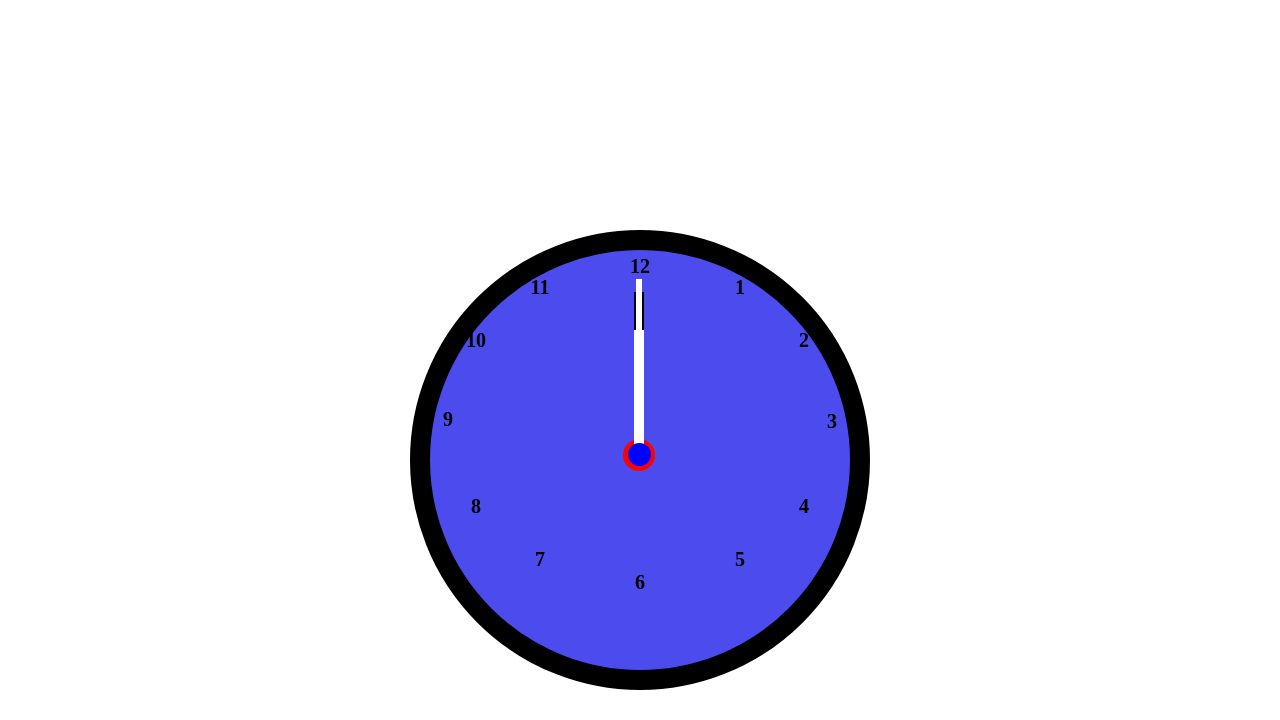
Repository: Eugene44-hub/Analog-clock
Page: index.html
An editor plug-in stored every save of this project. The page is shown before and after the next save, followed by the edit.
The browser window is 1280 px wide. The pictures show the whole page.

Above is the page before, as saved 2021-09-04 22:27:32.

After the next save:
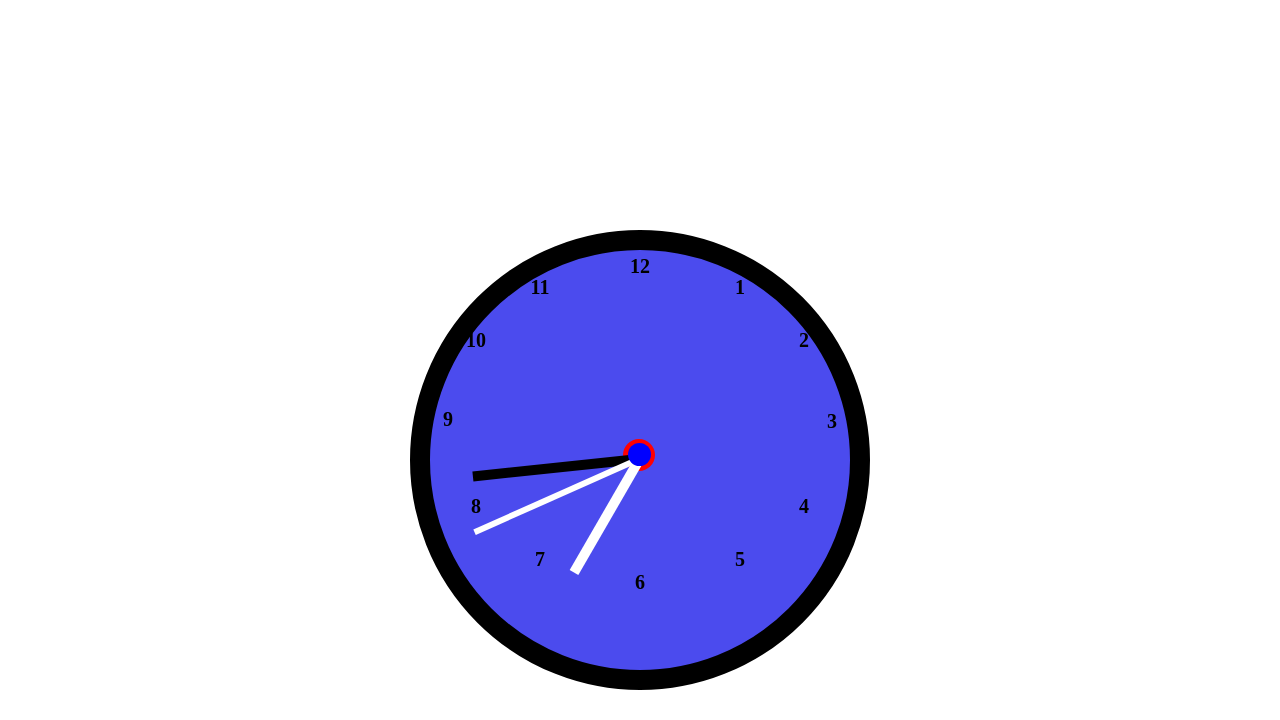
Saved 2 min 59 s later.
--- a/app.js
+++ b/app.js
@@ -15,4 +15,4 @@
     minute.style.transform = `rotate(${minutes*6}deg)`;
     hour.style.transform = `rotate(${30*hours}deg)`;
 
-}, Infinity)
+}, )

After the 3 saves that followed:
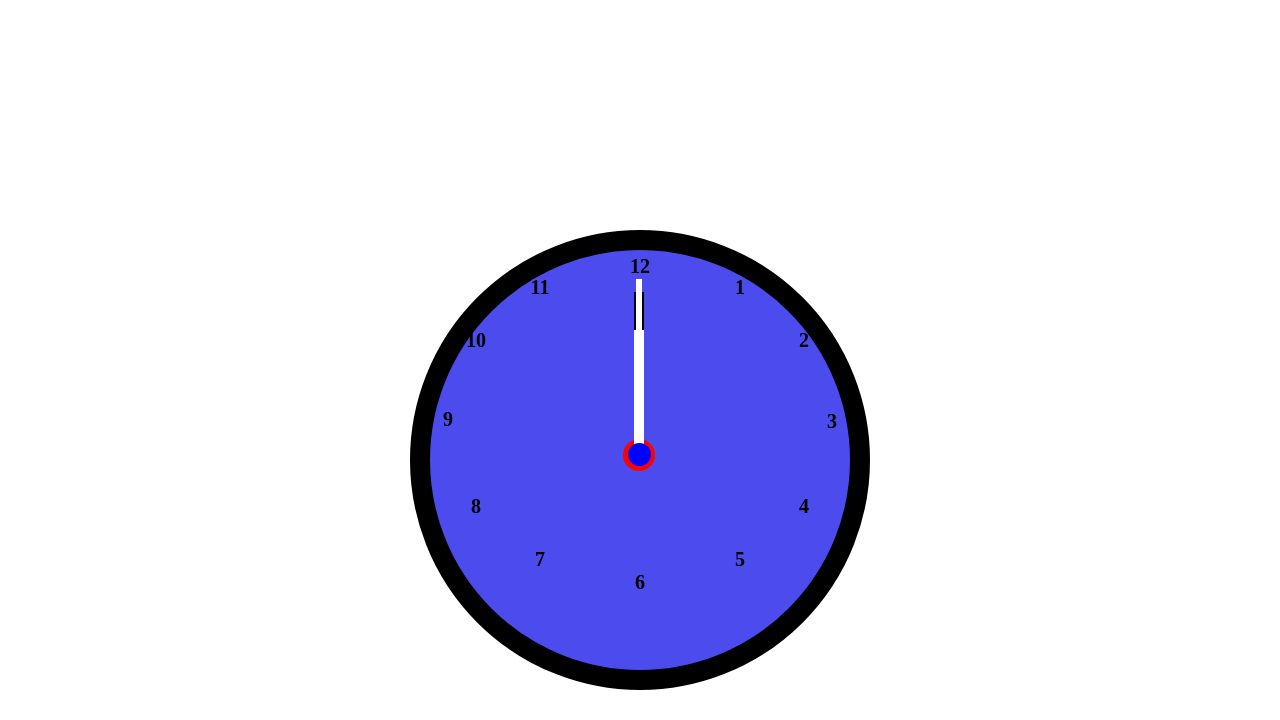
Console error: ReferenceError: hours is not defined
The 3 saves are shown as one change because 1 left the picture as it was and some came seconds apart.
The last was saved 89 s later.
--- a/app.js
+++ b/app.js
@@ -1,13 +1,3 @@
-let second, hour, minute, date;
-
-second = document.querySelector('.second');
-hour = document.querySelector('.hour');
-minute = document.querySelector('.minute');
-date = new Date();
-seconds = date.getSeconds();
-hours = date.getHours() - 12;
-minutes = date.getMinutes();
-
 console.log(hours)
 
 setInterval(function() {
@@ -15,4 +5,4 @@
     minute.style.transform = `rotate(${minutes*6}deg)`;
     hour.style.transform = `rotate(${30*hours}deg)`;
 
-}, )
+}, 3000)
